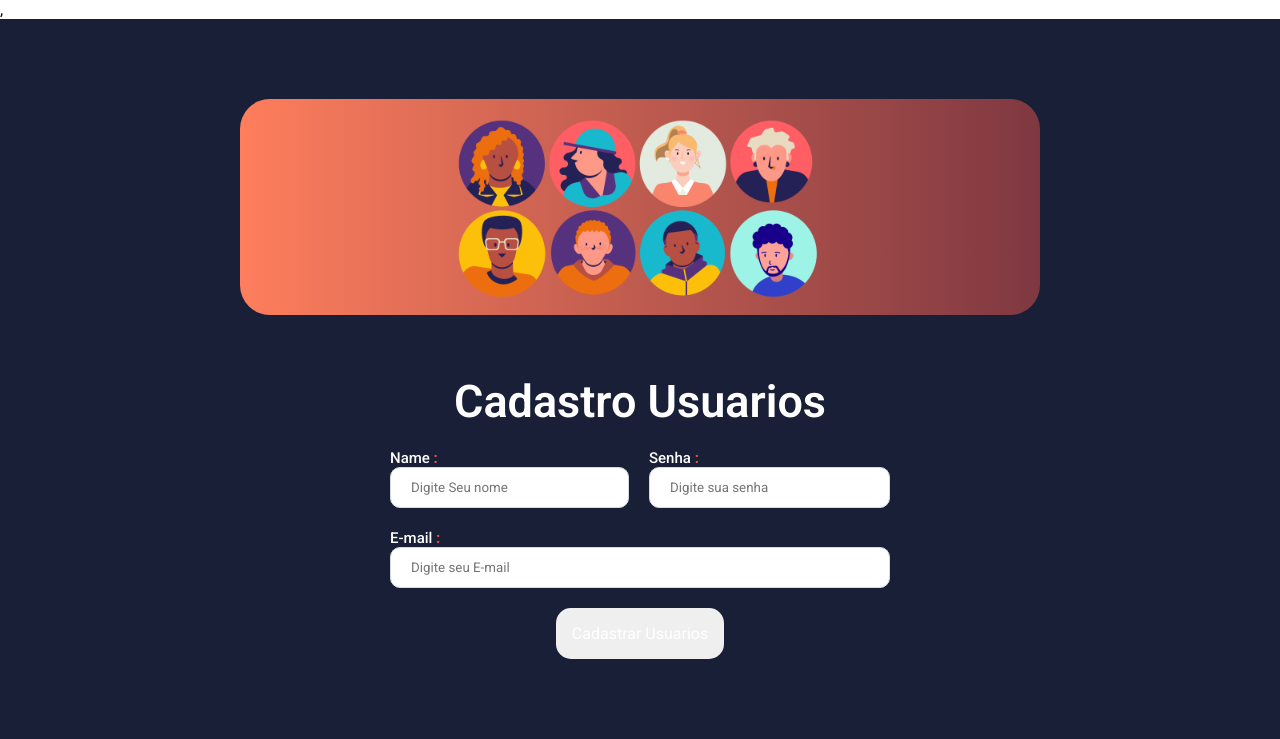
Repository: lcluizrj/meu-projeto-vscode
Page: / (app in cadastro-usuarios-devclub/)
These files come from the project's save history. The page is drawn as it stood at one moment and after the next save; the edit follows.
The browser window is 1280 px wide. The pictures show the whole page.
The project was rebuilt for these pictures with package versions that can differ from the ones it lists, and the page was loaded fresh each time. Also part of the build but not shown: cadastro-usuarios-devclub/vite.config.js.

Above is the page before, as saved 2026-08-15 17:32:07.

After the next save:
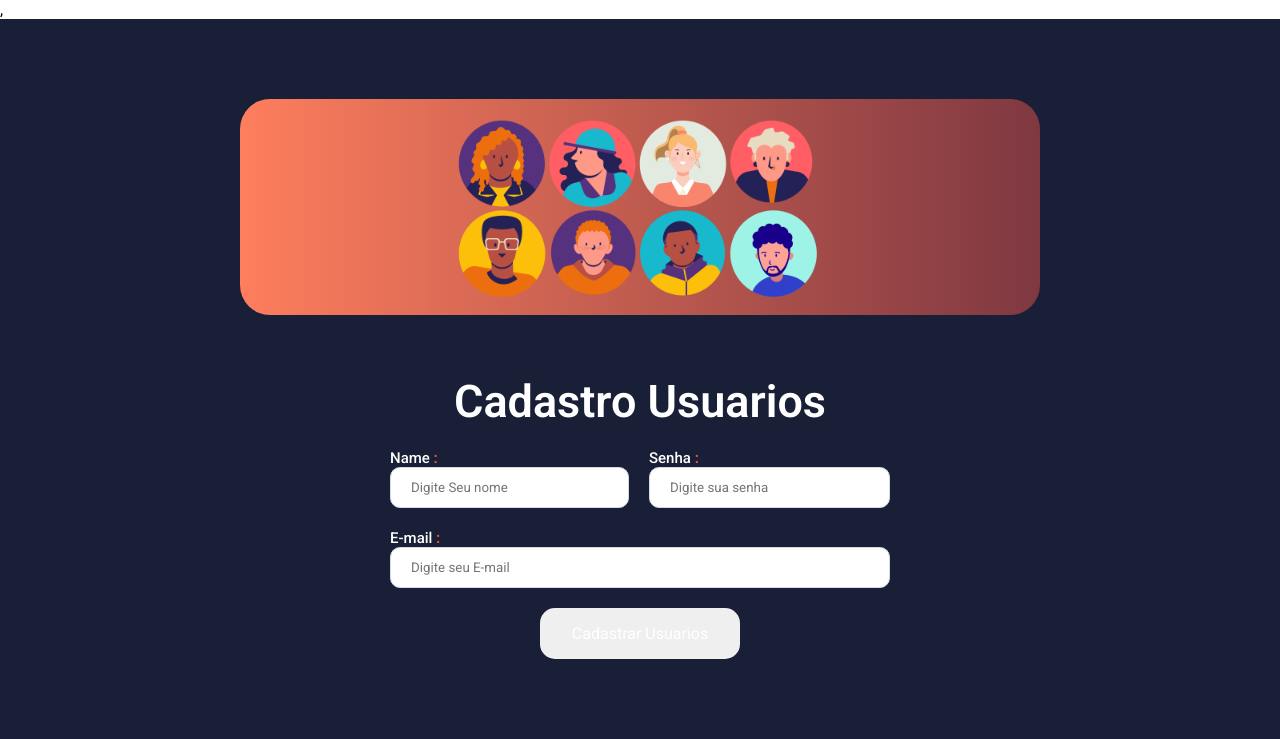
Saved 7 s later.
--- a/cadastro-usuarios-devclub/src/styles.js
+++ b/cadastro-usuarios-devclub/src/styles.js
@@ -75,7 +75,7 @@ export const Button = styled.button `
       background-color:linear-gradient(180deg,#fe7e5d 0%, #ff6378 100%);
       font-size: 16px;
       color: #FFF;
-      padding: 16px;
+      padding: 16px 32px;
 
 
 
